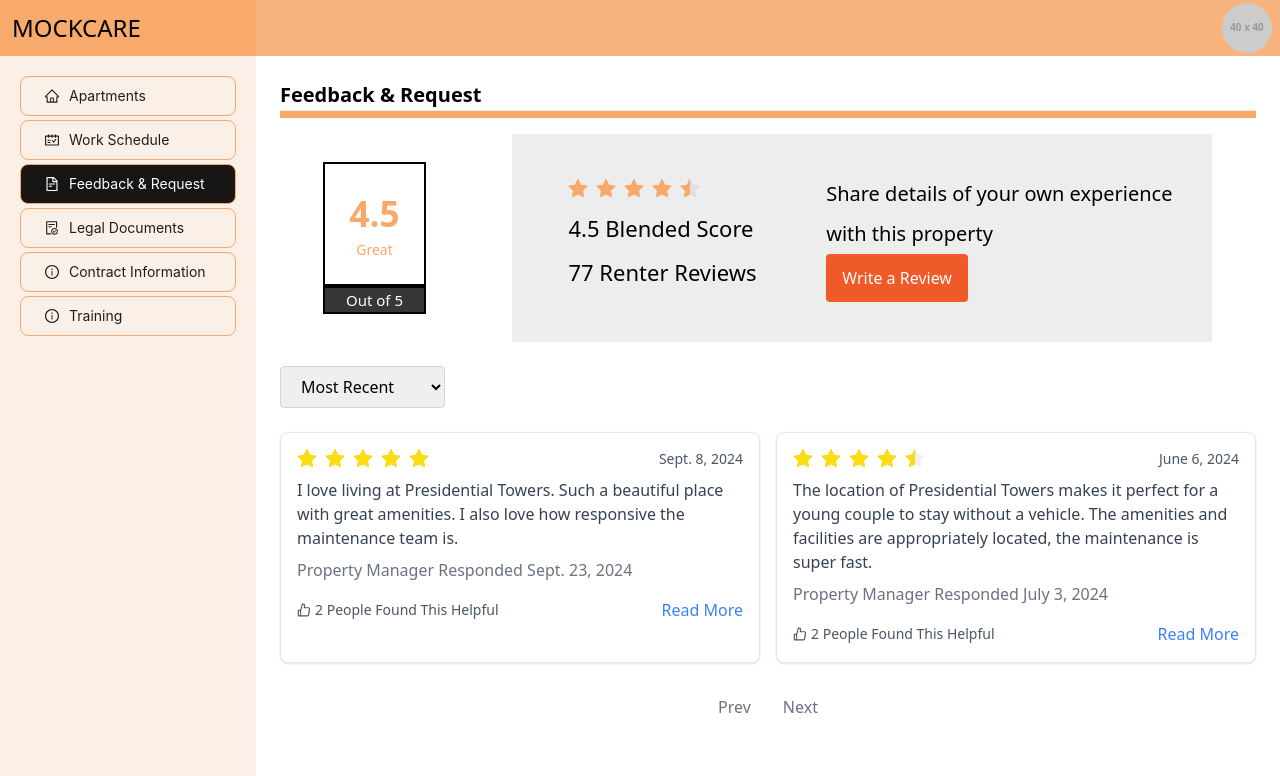
Repository: dunh-real/MockProject_102024_Nhom4
Page: / (app in frontend/)
An editor plug-in stored every save of this project. The page is shown before and after the next save, followed by the edit.
The browser window is 1280 px wide. The pictures show the whole page.
The project was rebuilt for these pictures with package versions that can differ from the ones it lists, and the page was loaded fresh each time. Also part of the build but not shown: frontend/vite.config.js, frontend/vite.config.ts, frontend/src/App.css, frontend/src/component/ReviewModal.tsx.

Above is the page before, as saved 2024-10-09 13:30:12.

### frontend/src/App.tsx

import './App.css'
import ReviewList from './pages/Feedback&Request/Feedback&Request'
// import LoginForm from './pages/Login/Login'

function App() {


  return (
    <>
      {/* <LoginForm/> */}
      <ReviewList/>
    </>
  )
}

export default App

### frontend/src/pages/Feedback&Request/Feedback&Request.tsx
import React, { useState } from 'react';
import { Rate } from 'antd'; // Dùng Antd cho Rate, có thể thay thế bằng biểu tượng của Tailwind nếu cần
import { LikeOutlined } from '@ant-design/icons';
import ReviewModal from '../../component/ReviewModal';
import Sidebar from '../../component/Sidebar';

interface Review {
    date: string;
    rating: number;
    text: string;
    managerResponse: string;
    helpfulCount: number;
}

const reviews: Review[] = [
    {
        date: 'Sept. 8, 2024',
        rating: 5,
        text: 'I love living at Presidential Towers. Such a beautiful place with great amenities. I also love how responsive the maintenance team is.',
        managerResponse: 'Property Manager Responded Sept. 23, 2024',
        helpfulCount: 2,
    },
    {
        date: 'June 6, 2024',
        rating: 4.5,
        text: 'The location of Presidential Towers makes it perfect for a young couple to stay without a vehicle. The amenities and facilities are appropriately located, the maintenance is super fast.',
        managerResponse: 'Property Manager Responded July 3, 2024',
        helpfulCount: 2,
    },
];

const ReviewList: React.FC = () => {
    const [showModal, setShowModal] = useState<boolean>(false);
    const [page, setPage] = useState<number>(1);

    const handlePageChange = (page: number) => {
        setPage(page);
    };

    const handleSortChange = (value: string) => {
        console.log(`Sort by: ${value}`);
    };

    return (
        <div className=" min-h-screen  bg-gray-50">
            <div className='flex  bg-[#f8a769d9]  justify-between items-center'>
                <div className=' bg-[#f8a769d9] p-3 w-1/5'>
                    <h1 className='text-2xl'>MOCKCARE</h1>
                </div>
                <div className="flex  justify-end">
                    <img
                        src="https://via.placeholder.com/40"
                        alt="Avatar"
                        className="rounded-full w-[50px] h-[50px] mr-2"
                    />
                </div>
            </div>
            <div className="flex">
                <Sidebar />
                <div className="w-4/5 p-6 bg-white">
                    <div className='mb-4'>
                        <h2 className='text-[20px] font-bold'>Feedback & Request</h2>
                        <hr className='h-[8px] bg-[#F8A869]' />
                    </div>
                    <div className="flex  justify-around items-center mb-6">
                        <div className="flex flex-col   items-center">
                            <div className=" text-center text-[#F8A869] border-black border-2  p-6 ">
                                <div className=''>
                                    <p className="text-[35px] font-bold">4.5</p>
                                    <p className="text-sm text-[27px]">Great</p>
                                </div>

                            </div>
                            <div className="text-xs w-full border-black border-2 bg-[#000000c8]">
                                <p className='text-white p-1 text-[15px] text-center'>Out of 5</p>
                            </div>
                        </div>
                        <div className='bg-[#d9d9d97b] flex justify-between'
                         style={{ width: '100%', maxWidth: '700px', padding:40, lineHeight:2}}
                        >
                            <div className="ml-4 ">
                                <Rate allowHalf defaultValue={4.5} disabled style={{color:'#F8A869'}} />
                                <div className="text-[#000000] text-[22px]">4.5 Blended Score</div>
                                <div className="text-[#000000] font-extralight text-[22px]">77 Renter Reviews</div>
                            </div>
                            <div className=''>
                                <p className='text-[#000000] font-extralight text-[20px]'>Share details of your own experience <br/>
                                with this property</p>
                                <button
                                    onClick={() => setShowModal(true)}
                                    className="bg-[#f05a28] text-white px-4 py-2 rounded hover:bg-[#ff6a38] hover:text-black "
                                >
                                    Write a Review
                                </button>
                            </div>
                        </div>
                    </div>
                    <div className="mb-6 flex justify-between">
                        <select
                            onChange={(e) => handleSortChange(e.target.value)}
                            className="border border-gray-300 rounded px-4 py-2"
                        >
                            <option value="recent">Most Recent</option>
                            <option value="highest">Highest Rating</option>
                            <option value="lowest">Lowest Rating</option>
                        </select>
                    </div>
                    <div className="grid grid-cols-1 md:grid-cols-2 gap-4">
                        {reviews.slice((page - 1) * 2, page * 2).map((review, index) => (
                            <div key={index} className="p-4 border border-gray-200 rounded-lg bg-white shadow">
                                <div className="flex justify-between items-center mb-2">
                                    <Rate allowHalf defaultValue={review.rating} disabled />
                                    <span className="text-sm text-gray-600">{review.date}</span>
                                </div>
                                <p className="text-gray-700">{review.text}</p>
                                <p className="text-gray-500 mt-2">{review.managerResponse}</p>
                                <div className="flex justify-between items-center mt-4">
                                    <div className="flex items-center text-sm text-gray-600">
                                        <LikeOutlined className="mr-1" />
                                        {review.helpfulCount} People Found This Helpful
                                    </div>
                                    <button className="text-blue-500">Read More</button>
                                </div>
                            </div>
                        ))}
                    </div>
                    <div className="flex justify-center mt-6">
                        <button
                            onClick={() => handlePageChange(page - 1)}
                            className="px-4 py-2 text-gray-500"
                            disabled={page === 1}
                        >
                            Prev
                        </button>
                        <button
                            onClick={() => handlePageChange(page + 1)}
                            className="px-4 py-2 text-gray-500"
                        >
                            Next
                        </button>
                    </div>
                </div>
            </div>
            {showModal && <ReviewModal setShowModal={setShowModal} />}
        </div>
    );
};

export default ReviewList;

### frontend/src/component/Sidebar.tsx
import { Menu } from 'antd';
import { HomeOutlined, ScheduleOutlined, FileTextOutlined, FileDoneOutlined, InfoCircleOutlined } from '@ant-design/icons';

const Sidebar = () => {
  return (
    <div style={{ width: '20%', minHeight: '100vh', backgroundColor: '#FAF0E8', padding: '1rem' }}>
      <Menu
        defaultSelectedKeys={['feedback']}
        mode="inline"
        style={{ backgroundColor: '#FAF0E8', borderRight: 0 }}
      >
        <Menu.Item
          key="apartments"
          icon={<HomeOutlined />}
          style={{
            padding: '12px 24px',
            border:1, borderStyle:'solid', borderColor:'#F8A869'
          }}
        >
          Apartments
        </Menu.Item>
        <Menu.Item
          key="schedule"
          icon={<ScheduleOutlined />}
          style={{
            padding: '12px 24px',
            border:1, borderStyle:'solid', borderColor:'#F8A869'
          }}
        >
          Work Schedule
        </Menu.Item>
        <Menu.Item
          key="feedback"
          icon={<FileTextOutlined />}
          style={{
            backgroundColor: '#171615',
            color: 'white',
            padding: '12px 24px',
            border:1, borderStyle:'solid', borderColor:'#F8A869'
          }}
        >
          Feedback & Request
        </Menu.Item>
        <Menu.Item
          key="legal"
          icon={<FileDoneOutlined />}
          style={{
            padding: '12px 24px',
            border:1, borderStyle:'solid', borderColor:'#F8A869'
          }}
        >
          Legal Documents
        </Menu.Item>
        <Menu.Item
          key="contract"
          icon={<InfoCircleOutlined />}
          style={{
            padding: '12px 24px',
            border:1, borderStyle:'solid', borderColor:'#F8A869'
          }}
        >
          Contract Information
        </Menu.Item>
        <Menu.Item
          key="training"
          icon={<InfoCircleOutlined />}
          style={{
            padding: '12px 24px',
            border: 1, borderStyle: 'solid', borderColor: '#F8A869'
          }}
        >
          Training
        </Menu.Item>
      </Menu>
    </div>
  );
};

export default Sidebar;

Loaded but not shown: frontend/index.html (common file); frontend/src/main.jsx (common file); frontend/src/index.css (common file); frontend/tailwind.config.js (common file)

After the next save:
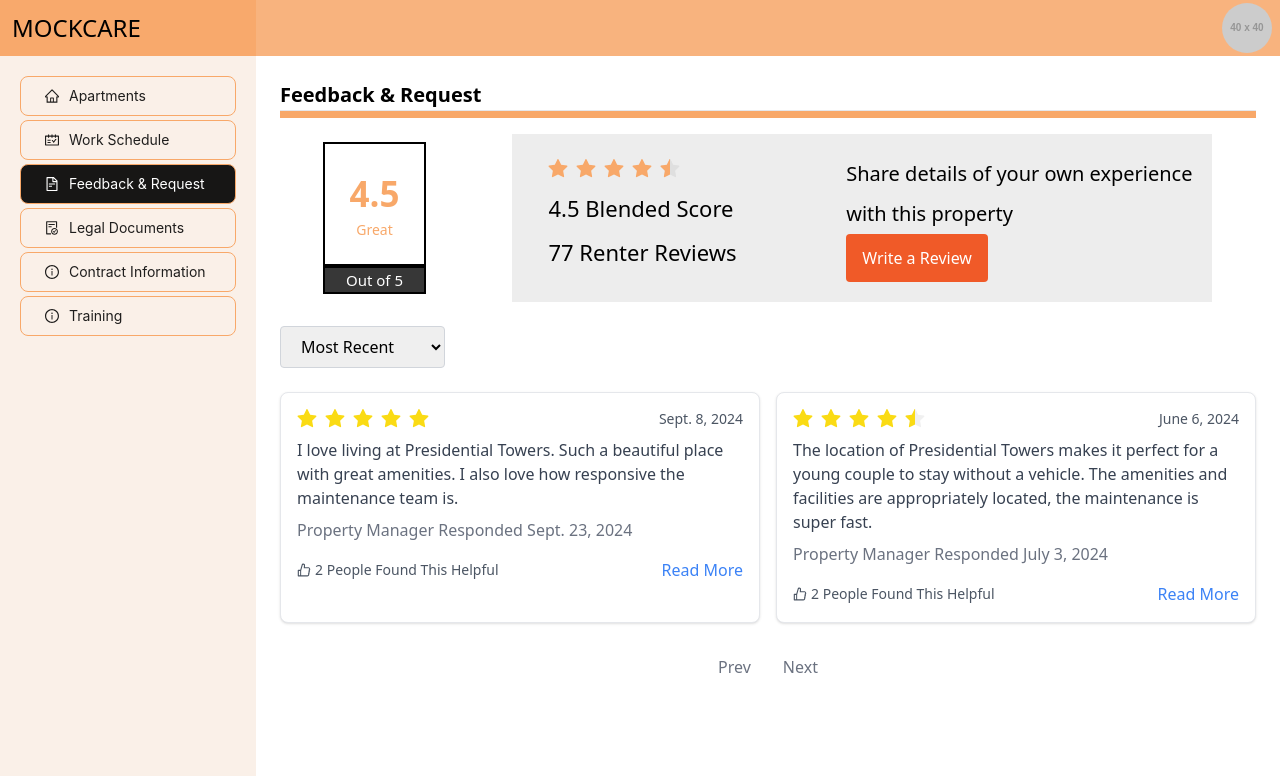
Saved 16 s later.
--- a/frontend/src/pages/Feedback&Request/Feedback&Request.tsx
+++ b/frontend/src/pages/Feedback&Request/Feedback&Request.tsx
@@ -76,7 +76,7 @@ const ReviewList: React.FC = () => {
                             </div>
                         </div>
                         <div className='bg-[#d9d9d97b] flex justify-between'
-                         style={{ width: '100%', maxWidth: '700px', padding:40, lineHeight:2}}
+                         style={{ width: '100%', maxWidth: '700px', padding:20, lineHeight:2}}
                         >
                             <div className="ml-4 ">
                                 <Rate allowHalf defaultValue={4.5} disabled style={{color:'#F8A869'}} />
